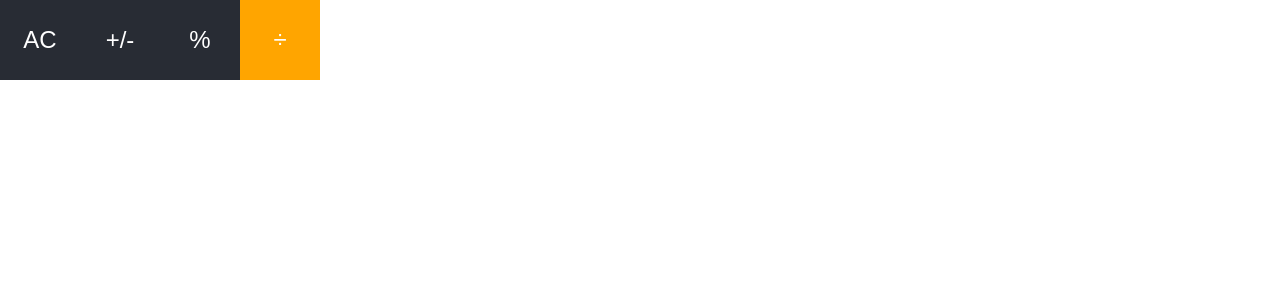
Repository: catsarenotreal/CalculatorWebApp
Page: /
An editor plug-in stored every save of this project. The page is shown before and after the next save, followed by the edit.
The browser window is 1280 px wide. The pictures show the whole page.
The project was rebuilt for these pictures with package versions that can differ from the ones it lists, and the page was loaded fresh each time.

Above is the page before, as saved 2024-08-22 14:59:31.

After the next save:
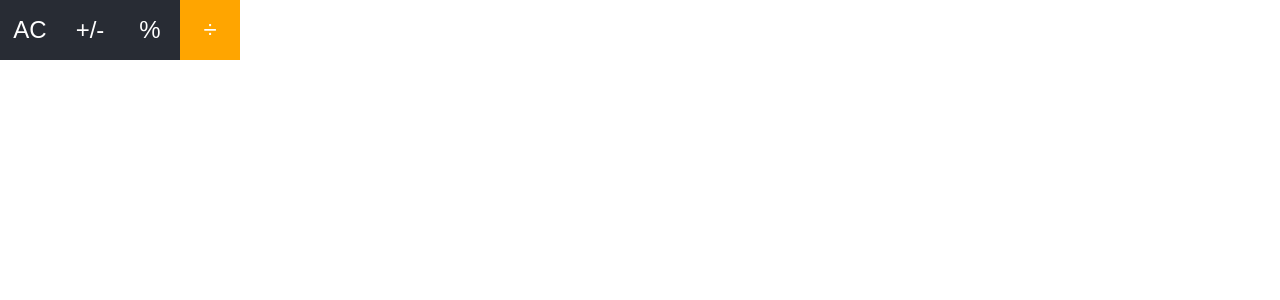
Saved 11 s later.
--- a/src/App.css
+++ b/src/App.css
@@ -47,8 +47,8 @@
   border-radius: 0;
   font-size: 1.5rem;
   color: white;
-  height: 80px;
-  width: 80px;
+  height: 60px;
+  width: 60px;
 }
 
 .Buttons.orange{
